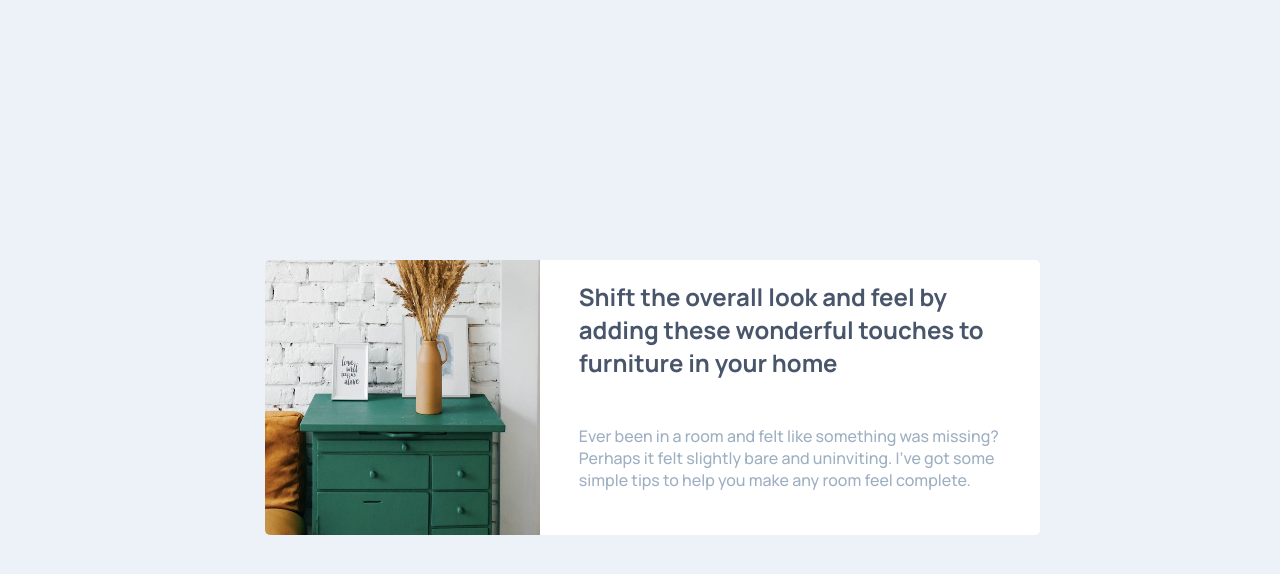
Repository: ricky603/training-css
Page: article-preview-component-master/index.html
An editor plug-in stored every save of this project. The page is shown before and after the next save, followed by the edit.
The browser window is 1280 px wide. The pictures show the whole page.

Above is the page before, as saved 2020-09-09 08:55:27.

### article-preview-component-master/index.html
<!DOCTYPE html>
<html lang="en">

<head>
    <meta charset="UTF-8">
    <meta name="viewport" content="width=device-width, initial-scale=1.0">
    <!-- displays site properly based on user's device -->

    <link rel="icon" type="image/png" sizes="32x32" href="./images/favicon-32x32.png">
    <link rel="stylesheet" href="./styles.css">
    <link href="https://fonts.googleapis.com/css2?family=Manrope:wght@500;700&display=swap" rel="stylesheet">

    <title>Frontend Mentor | Article preview component</title>

    <!-- Feel free to remove these styles or customise in your own stylesheet 👍 -->
</head>

<body>
    <div class="article">
        <div id="image">
            <img src="./images/drawers.jpg" class="drawer">
        </div>

        <div class="post">
            <div class="head">
                <h2>Shift the overall look and feel by adding these wonderful touches to furniture in your home</h2>
            </div>
            <div class="body">
                <p>Ever been in a room and felt like something was missing? Perhaps it felt slightly bare and uninviting. I’ve got some simple tips to help you make any room feel complete.</p>
            </div>
        </div>
    </div>


</body>

</html>

<!--

  Ever been in a room and felt like something was missing? Perhaps
  it felt slightly bare and uninviting. I’ve got some simple tips
  to help you make any room feel complete.

  Michelle Appleton
  28 Jun 2020

  Share -->

### article-preview-component-master/styles.css
body {
    background-color: hsl(210, 46%, 95%);
}

h2 {
    font-family: 'Manrope';
    font-weight: 700;
}

#image {
    display: inline-block;
}

.post {
    position: absolute;
    width: 57%;
    display: inline-block;
    margin: 0 5% 0 5%;
}

.body {
    position: relative;
    display: inline-block;
    font-family: 'Manrope';
    font-weight: 500;
    font-size: 16px;
    color: hsl(212, 23%, 69%);
    top: 10px;
}

.head {
    display: inline-block;
    color: hsl(217, 19%, 35%);
}

.article {
    position: fixed;
    width: 775px;
    height: 275px;
    background-color: white;
    margin: auto;
    top: 50%;
    left: 50%;
    margin-top: -100px;
    margin-left: -375px;
    border-radius: 5px;
}

.drawer {
    width: 275px;
    height: 275px;
    border-radius: 5px 0 0 5px;
}

.attribution {
    font-size: 11px;
    text-align: center;
}

.attribution a {
    color: hsl(228, 45%, 44%);
}

After the next save:
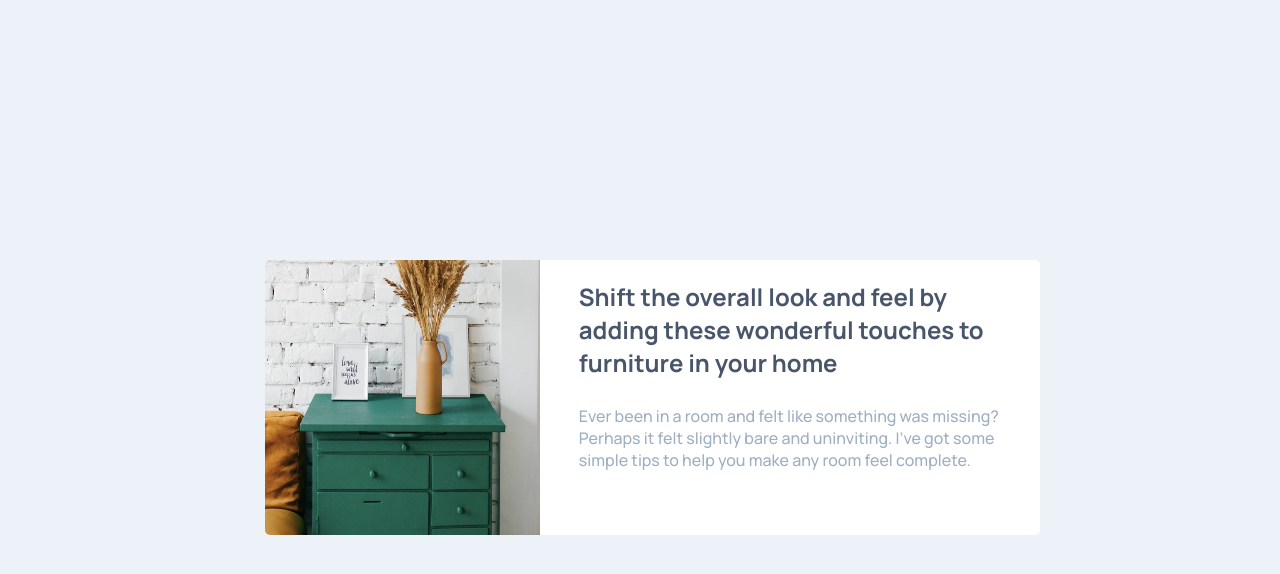
Saved 8 s later.
--- a/article-preview-component-master/styles.css
+++ b/article-preview-component-master/styles.css
@@ -25,7 +25,7 @@ h2 {
     font-weight: 500;
     font-size: 16px;
     color: hsl(212, 23%, 69%);
-    top: 10px;
+    bottom: 10px;
 }
 
 .head {
